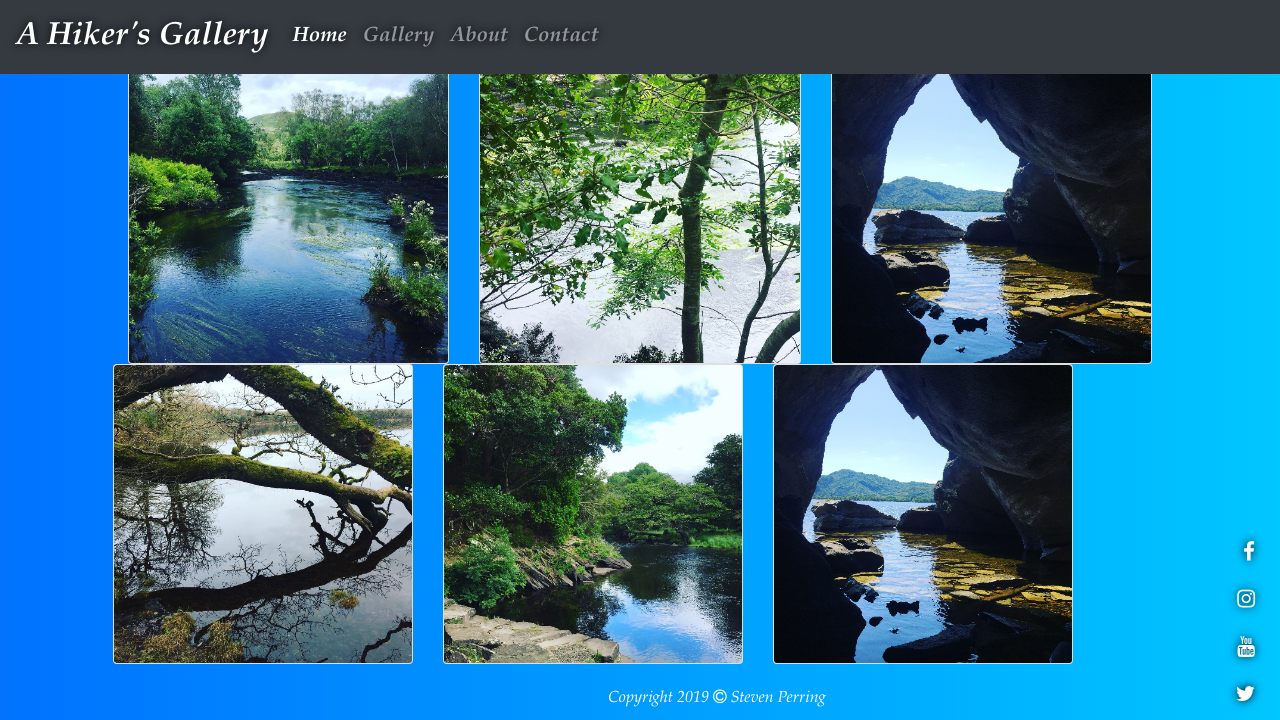
Repository: S-Perring/hiker
Page: gallery.html
The author's editor kept a record of every edit. The page is drawn from the files as they stood at one moment, then again after the next edit.
The browser window is 1280 px wide. The pictures show the whole page.
Some web fonts or font styles are not loaded; a fallback is used.

Above is the page before.

After the next edit:
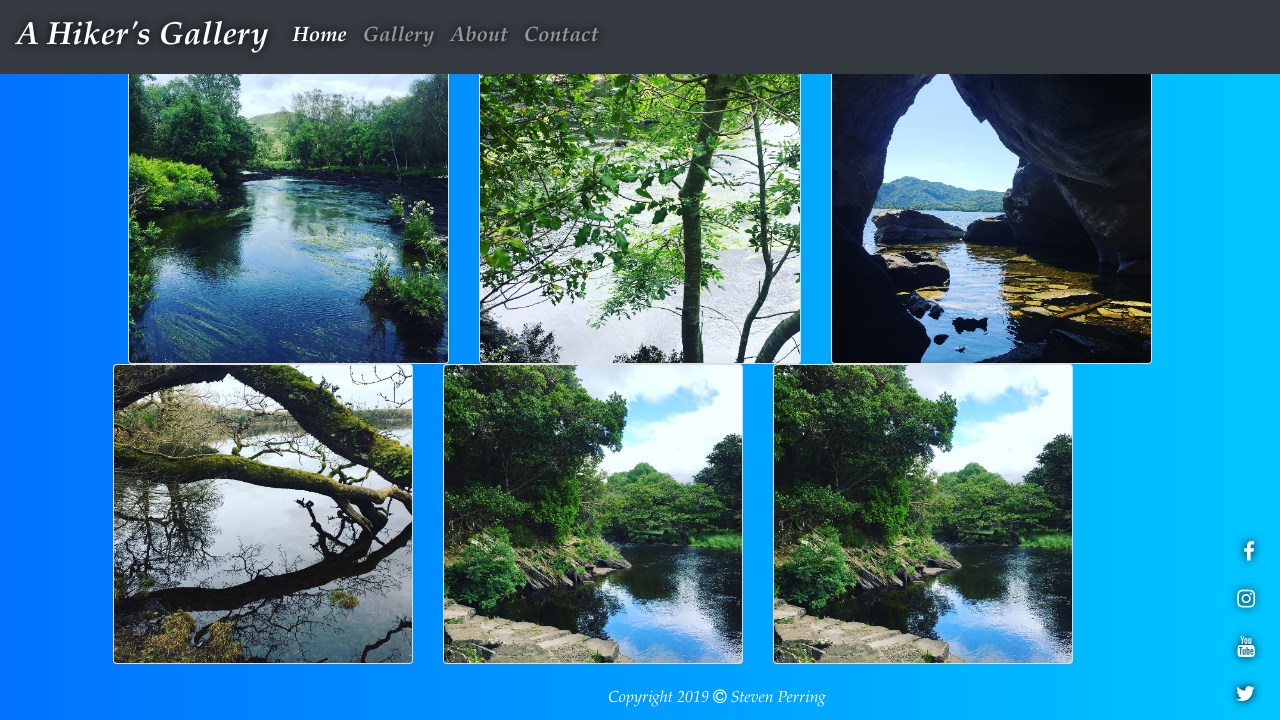
The edit:
--- a/gallery.html
+++ b/gallery.html
@@ -75,7 +75,7 @@
 
 
                     <div class="card">
-                        <img src="css/images/3.JPG" class="card-img-top"
+                        <img src="css/images/6.JPG" class="card-img-top"
                             alt="A tree with no leaves at the side of a lake">
                         </div>
 
